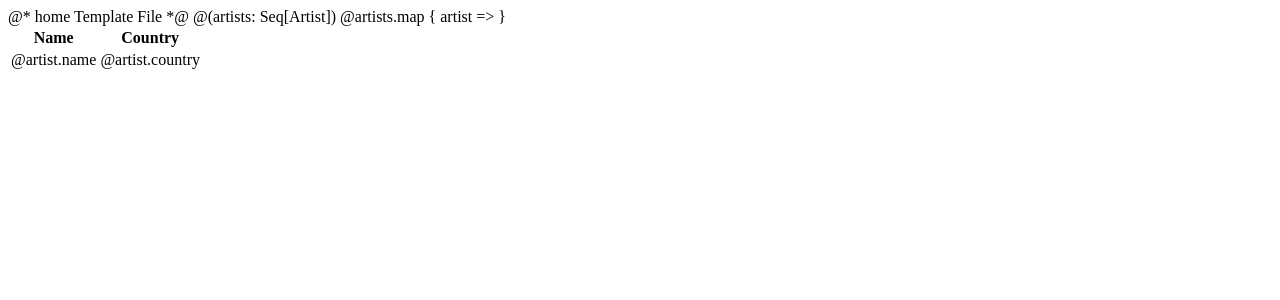
Repository: JohnSchoolProjects/LearningPlay
Page: Samples/Chapter2/ActionApp/app/views/home.scala.html
These files come from the project's save history. The page is drawn as it stood at one moment and after the next save; the edit follows.
The browser window is 1280 px wide. The pictures show the whole page.

Above is the page before, as saved 2016-04-30 21:25:52.

After the next save:
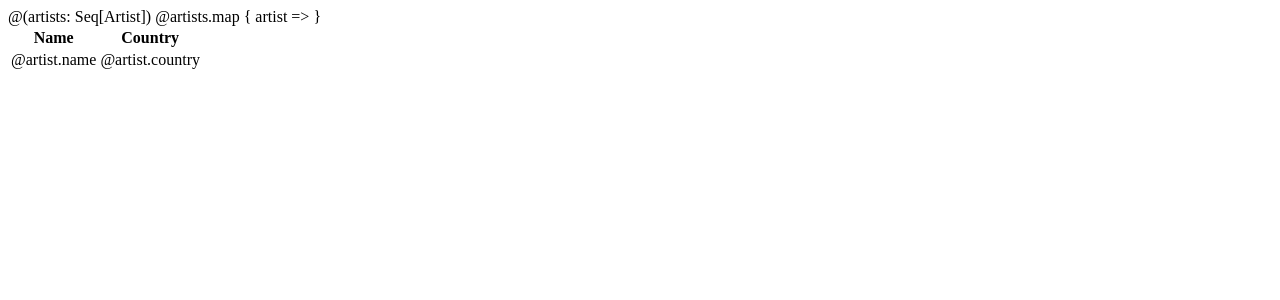
Saved 93 s later.
--- a/Samples/Chapter2/ActionApp/app/views/home.scala.html
+++ b/Samples/Chapter2/ActionApp/app/views/home.scala.html
@@ -1,4 +1,3 @@
-@* home Template File *@
 
 @(artists: Seq[Artist])
 
